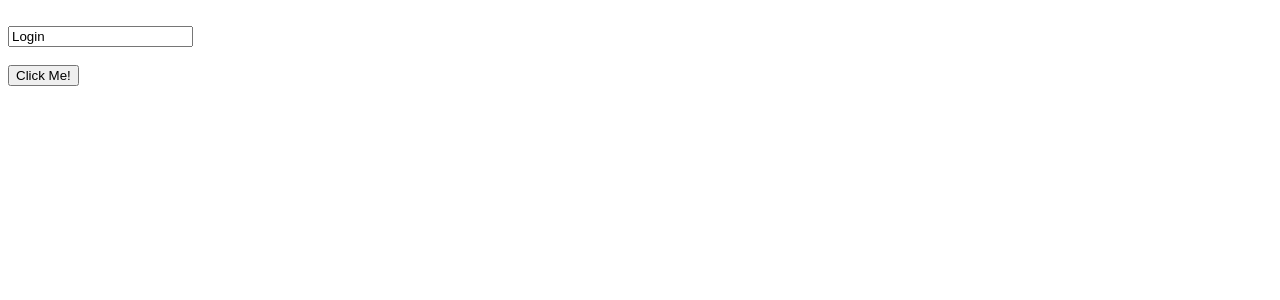
Repository: Kevin-Zhang-0/cs336Project
Page: http://localhost/cs336Sample/UserHomepage.jsp
These files come from the project's save history. The page is drawn as it stood at one moment and after the next save; the edit follows.
The browser window is 1280 px wide. The pictures show the whole page.
The page is served by Tomcat 9. Other server files are loaded and not shown.

Above is the page before, as saved 2022-04-07 02:22:20.

### cs336Sample/src/main/webapp/UserHomepage.jsp
<%@ page language="java" contentType="text/html; charset=ISO-8859-1"
    pageEncoding="ISO-8859-1"%>
<!DOCTYPE html>
<html>
<head>
<meta charset="ISO-8859-1">
<title>Insert title here</title>
</head>
<body>
<br>
		<form method="get" action="HelloWorld.jsp">

			<input type="logout" value="Login">
		</form>

	<br>

	<button type="button" action = "HelloWorld.jsp">Click Me!</button>

</body>
</html>

After the next save:
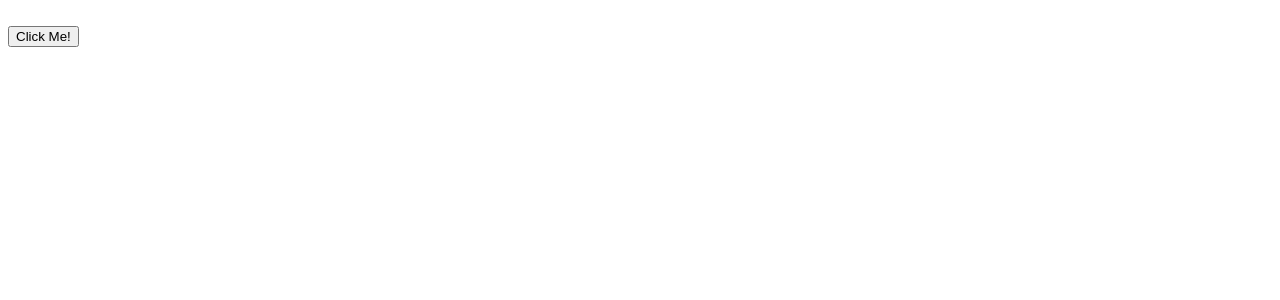
Saved 39 s later.
--- a/cs336Sample/src/main/webapp/UserHomepage.jsp
+++ b/cs336Sample/src/main/webapp/UserHomepage.jsp
@@ -10,12 +10,12 @@
 <br>
 		<form method="get" action="HelloWorld.jsp">
 
-			<input type="logout" value="Login">
+			<button type="button" >Click Me!</button>
 		</form>
 
 	<br>
 
-	<button type="button" action = "HelloWorld.jsp">Click Me!</button>
+
 
 </body>
 </html>
